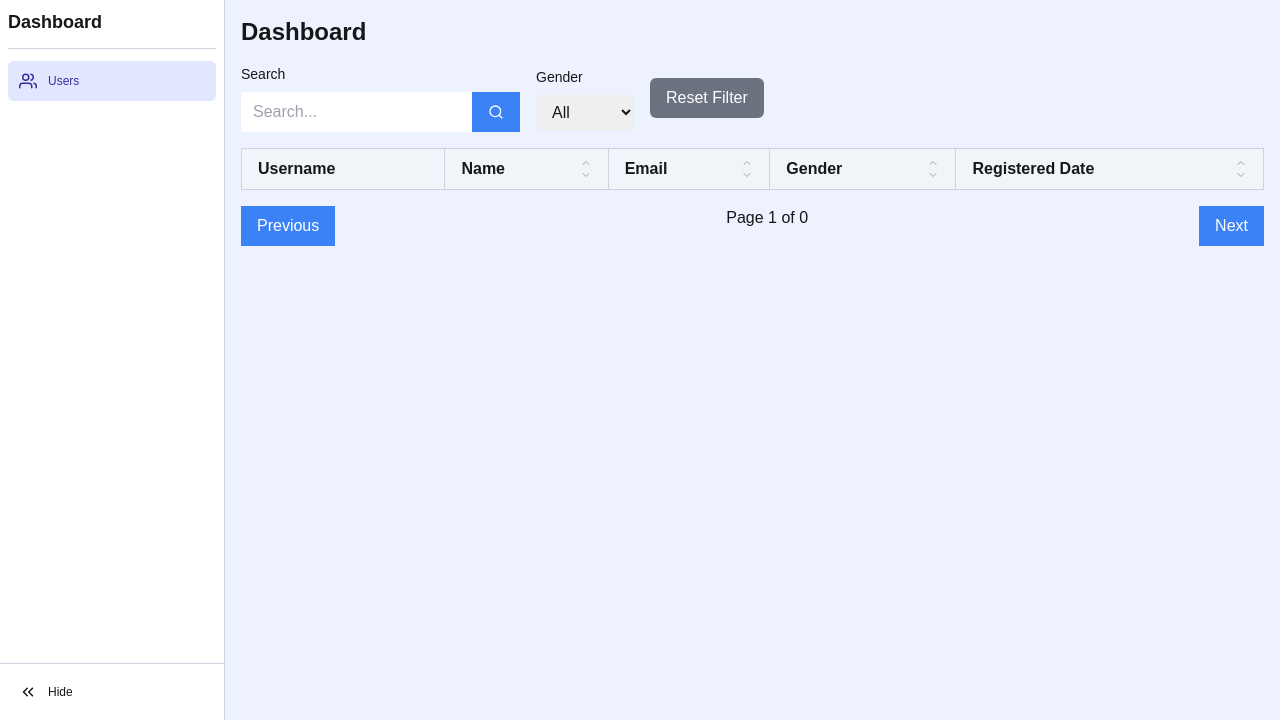
Repository: Ademaulana100499/userdashboard
Page: /
The author's editor kept a copy of each file at every save. The page is drawn from the files as they stood at one save, then again after the next save.
The browser window is 1280 px wide. The pictures show the whole page.
The page's requests for data from a server got no answer. The project was rebuilt for these pictures with package versions that can differ from the ones it lists, and the page was loaded fresh each time. The framework's server and built-in components were replaced by stand-ins that run in the browser. No one was signed in, and anything a server would have sent is missing. Also part of the build but not shown: next.config.mjs.

Above is the page before, as saved 2025-02-14 21:57:05.

### src/pages/index.js
import React from "react";
import Sidebar from "@/components/Sidebar";
import DashboardContent from "@/components/DashboardContent";
const Dashboard = () => {
  return (
    <div className="flex bg-indigo-50">
      <Sidebar />
      <DashboardContent />
    </div>
  );
};

export default Dashboard;

### src/components/Sidebar.jsx
import React, { useState } from "react";
import { FiChevronsRight, FiUsers } from "react-icons/fi";
import { motion } from "framer-motion";
const Sidebar = () => {
  const [open, setOpen] = useState(true);
  const [selected, setSelected] = useState("Users");

  return (
    <motion.nav
      layout
      className="sticky top-0 h-screen shrink-0 border-r border-slate-300 bg-white p-2"
      style={{
        width: open ? "225px" : "fit-content",
      }}>
      <TitleSection open={open} />

      <div className="space-y-1">
        <Option
          Icon={FiUsers}
          title="Users"
          selected={selected}
          setSelected={setSelected}
          open={open}
        />
      </div>

      <ToggleClose open={open} setOpen={setOpen} />
    </motion.nav>
  );
};

const Option = ({ Icon, title, selected, setSelected, open, notifs }) => {
  return (
    <motion.button
      layout
      onClick={() => setSelected(title)}
      className={`relative flex h-10 w-full items-center rounded-md transition-colors ${
        selected === title
          ? "bg-indigo-100 text-indigo-800"
          : "text-slate-500 hover:bg-slate-100"
      }`}>
      <motion.div
        layout
        className="grid h-full w-10 place-content-center text-lg">
        <Icon />
      </motion.div>
      {open && (
        <motion.span
          layout
          initial={{ opacity: 0, y: 12 }}
          animate={{ opacity: 1, y: 0 }}
          transition={{ delay: 0.125 }}
          className="text-xs font-medium">
          {title}
        </motion.span>
      )}

      {notifs && open && (
        <motion.span
          initial={{ scale: 0, opacity: 0 }}
          animate={{
            opacity: 1,
            scale: 1,
          }}
          style={{ y: "-50%" }}
          transition={{ delay: 0.5 }}
          className="absolute right-2 top-1/2 size-4 rounded bg-indigo-500 text-xs text-white">
          {notifs}
        </motion.span>
      )}
    </motion.button>
  );
};

const TitleSection = ({ open }) => {
  return (
    <div className="mb-3 border-b border-slate-300 pb-3">
      <div className="flex cursor-pointer items-center justify-between rounded-md transition-colors hover:bg-slate-100">
        <div className="flex justify-center items-center">
          {open && (
            <motion.div
              layout
              initial={{ opacity: 0, y: 12 }}
              animate={{ opacity: 1, y: 0 }}
              transition={{ delay: 0.125 }}>
              <span className="block text-lg font-semibold">Dashboard</span>
            </motion.div>
          )}
        </div>
      </div>
    </div>
  );
};

const ToggleClose = ({ open, setOpen }) => {
  return (
    <motion.button
      layout
      onClick={() => setOpen((pv) => !pv)}
      className="absolute bottom-0 left-0 right-0 border-t border-slate-300 transition-colors hover:bg-slate-100">
      <div className="flex items-center p-2">
        <motion.div
          layout
          className="grid size-10 place-content-center text-lg">
          <FiChevronsRight
            className={`transition-transform ${open && "rotate-180"}`}
          />
        </motion.div>
        {open && (
          <motion.span
            layout
            initial={{ opacity: 0, y: 12 }}
            animate={{ opacity: 1, y: 0 }}
            transition={{ delay: 0.125 }}
            className="text-xs font-medium">
            Hide
          </motion.span>
        )}
      </div>
    </motion.button>
  );
};

export default Sidebar;

### src/components/DashboardContent.jsx
import { FiChevronUp, FiChevronDown } from "react-icons/fi";
import { useState, useEffect } from "react";
import { FiSearch } from "react-icons/fi";

const DashboardContent = () => {
  const [data, setData] = useState([]);
  const [filteredData, setFilteredData] = useState([]); // For filtered data
  const [sortConfig, setSortConfig] = useState({ key: null, direction: null });
  const [selectedGender, setSelectedGender] = useState("all"); // Gender filter state
  const [searchKeyword, setSearchKeyword] = useState(""); // For search keyword
  const [currentPage, setCurrentPage] = useState(1); // Track current page
  const itemsPerPage = 5; // Number of items to display per page

  const fetchData = async () => {
    try {
      const response = await fetch(`https://randomuser.me/api/?results=10`);
      const result = await response.json();
      setData(result.results);
      setFilteredData(result.results); // Initialize filteredData with all data
    } catch (error) {
      console.error("Error fetching data:", error);
    }
  };

  useEffect(() => {
    fetchData();
  }, []);

  const handleSort = (key) => {
    let direction = "asc";
    if (sortConfig.key === key && sortConfig.direction === "asc") {
      direction = "desc";
    }
    setSortConfig({ key, direction });

    setFilteredData((prevData) =>
      [...prevData].sort((a, b) => {
        const valueA = getNestedValue(a, key);
        const valueB = getNestedValue(b, key);

        if (valueA < valueB) return direction === "asc" ? -1 : 1;
        if (valueA > valueB) return direction === "asc" ? 1 : -1;
        return 0;
      })
    );
  };

  const handleSearch = () => {
    // Filter data based on searchKeyword only when the search button is clicked
    const filtered = data.filter((user) =>
      `${user.name.first} ${user.name.last}`
        .toLowerCase()
        .includes(searchKeyword.toLowerCase())
    );
    setFilteredData(filtered);
  };

  const handleGenderFilter = (gender) => {
    setSelectedGender(gender);
    if (gender === "all") {
      setFilteredData(data); // Show all data if "All" is selected
    } else {
      const filtered = data.filter((user) => user.gender === gender);
      setFilteredData(filtered); // Filter based on selected gender
    }
  };

  const handleResetFilter = () => {
    // Reset filters
    setSelectedGender("all");
    setSearchKeyword("");
    setFilteredData(data); // Reset filtered data to the original
  };

  const getNestedValue = (obj, path) => {
    return path
      .split(".")
      .reduce((acc, key) => (acc && acc[key] ? acc[key] : ""), obj);
  };

  const getSortIconStyle = (key) => {
    return sortConfig.key === key ? "text-black" : "text-gray-400";
  };

  // Paginate the filtered data based on the current page
  const paginateData = (data) => {
    const indexOfLastItem = currentPage * itemsPerPage;
    const indexOfFirstItem = indexOfLastItem - itemsPerPage;
    return data.slice(indexOfFirstItem, indexOfLastItem);
  };

  // Handle page change
  const handlePageChange = (page) => {
    setCurrentPage(page);
  };

  // Calculate total pages based on filtered data
  const totalPages = Math.ceil(filteredData.length / itemsPerPage);

  return (
    <div className="flex-1 p-4">
      <h1 className="text-2xl font-semibold mb-4">Dashboard</h1>
      <div className="flex gap-4 items-center mb-4">
        {/* Search */}
        <div className="flex flex-col  gap-2">
          <label htmlFor="search" className="text-sm">
            Search
          </label>
          <div className="flex items-center">
            <input
              type="text"
              id="search"
              value={searchKeyword}
              onChange={(e) => setSearchKeyword(e.target.value)} // Update search keyword
              placeholder="Search..."
              className=" px-3 py-2"
            />
            <button
              type="button"
              onClick={handleSearch}
              className="bg-blue-500  text-white px-4 py-3  hover:bg-blue-600">
              <FiSearch />
            </button>
          </div>
        </div>

        {/* Gender Filter */}
        <div className="flex flex-col gap-2">
          <label htmlFor="gender" className="text-sm">
            Gender
          </label>
          <select
            name="gender"
            id="gender"
            value={selectedGender}
            onChange={(e) => handleGenderFilter(e.target.value)} // Update gender filter
            className=" px-3 py-2">
            <option value="all">All</option>
            <option value="male">Male</option>
            <option value="female">Female</option>
          </select>
        </div>

        {/* Reset Filter Button */}
        <div className="flex items-center">
          <button
            type="button"
            onClick={handleResetFilter}
            className="bg-gray-500 text-white px-4 py-2 rounded-md hover:bg-gray-600 mt-2 md:mt-0">
            Reset Filter
          </button>
        </div>
      </div>

      <table className="min-w-full table-auto border-collapse border border-slate-300 mt-4">
        <thead>
          <tr className="bg-slate-100">
            <th className="border border-slate-300 px-4 py-2 text-left">
              Username
            </th>
            <th className="border border-slate-300 px-4 py-2 text-left">
              <div className="flex justify-between items-center">
                <span>Name</span>
                <div className="flex flex-col items-center">
                  <FiChevronUp
                    onClick={() => handleSort("name.first")}
                    className={`text-xs cursor-pointer ${getSortIconStyle(
                      "name.first"
                    )}`}
                  />
                  <FiChevronDown
                    onClick={() => handleSort("name.first")}
                    className={`text-xs cursor-pointer ${getSortIconStyle(
                      "name.first"
                    )}`}
                  />
                </div>
              </div>
            </th>
            <th className="border border-slate-300 px-4 py-2 text-left">
              <div className="flex justify-between items-center">
                <span>Email</span>
                <div className="flex flex-col items-center">
                  <FiChevronUp
                    onClick={() => handleSort("email")}
                    className={`text-xs cursor-pointer ${getSortIconStyle(
                      "email"
                    )}`}
                  />
                  <FiChevronDown
                    onClick={() => handleSort("email")}
                    className={`text-xs cursor-pointer ${getSortIconStyle(
                      "email"
                    )}`}
                  />
                </div>
              </div>
            </th>
            <th className="border border-slate-300 px-4 py-2 text-left">
              <div className="flex justify-between items-center">
                <span>Gender</span>
                <div className="flex flex-col items-center">
                  <FiChevronUp
                    onClick={() => handleSort("gender")}
                    className={`text-xs cursor-pointer ${getSortIconStyle(
                      "gender"
                    )}`}
                  />
                  <FiChevronDown
                    onClick={() => handleSort("gender")}
                    className={`text-xs cursor-pointer ${getSortIconStyle(
                      "gender"
                    )}`}
                  />
                </div>
              </div>
            </th>
            <th className="border border-slate-300 px-4 py-2 text-left">
              <div className="flex justify-between items-center">
                <span>Registered Date</span>
                <div className="flex flex-col items-center">
                  <FiChevronUp
                    onClick={() => handleSort("registered.date")}
                    className={`text-xs cursor-pointer ${getSortIconStyle(
                      "registered.date"
                    )}`}
                  />
                  <FiChevronDown
                    onClick={() => handleSort("registered.date")}
                    className={`text-xs cursor-pointer ${getSortIconStyle(
                      "registered.date"
                    )}`}
                  />
                </div>
              </div>
            </th>
          </tr>
        </thead>
        <tbody>
          {paginateData(filteredData).map((user, index) => (
            <tr key={index} className="hover:bg-slate-50">
              <td className="border border-slate-300 px-4 py-2">
                {user.login.username}
              </td>
              <td className="border border-slate-300 px-4 py-2">
                {user.name.title} {user.name.first} {user.name.last}
              </td>
              <td className="border border-slate-300 px-4 py-2">
                {user.email}
              </td>
              <td className="border border-slate-300 px-4 py-2">
                {user.gender}
              </td>
              <td className="border border-slate-300 px-4 py-2">
                {new Date(user.registered.date)
                  .toLocaleString("id-ID", {
                    day: "2-digit",
                    month: "2-digit",
                    year: "numeric",
                    hour: "2-digit",
                    minute: "2-digit",
                  })
                  .replace(",", "")
                  .replace("/", "-")
                  .replace("/", "-")
                  .replace(".", ":")}
              </td>
            </tr>
          ))}
        </tbody>
      </table>

      {/* Pagination controls */}
      <div className="flex justify-between mt-4">
        <button
          onClick={() => handlePageChange(currentPage - 1)}
          disabled={currentPage === 1}
          className="px-4 py-2 bg-blue-500 text-white">
          Previous
        </button>
        <span>
          Page {currentPage} of {totalPages}
        </span>
        <button
          onClick={() => handlePageChange(currentPage + 1)}
          disabled={currentPage === totalPages}
          className="px-4 py-2 bg-blue-500 text-white">
          Next
        </button>
      </div>
    </div>
  );
};

export default DashboardContent;

Loaded but not shown: src/pages/_app.js (common file); src/pages/_document.js (common file); src/styles/globals.css (common file); tailwind.config.mjs (common file)

After the next save:
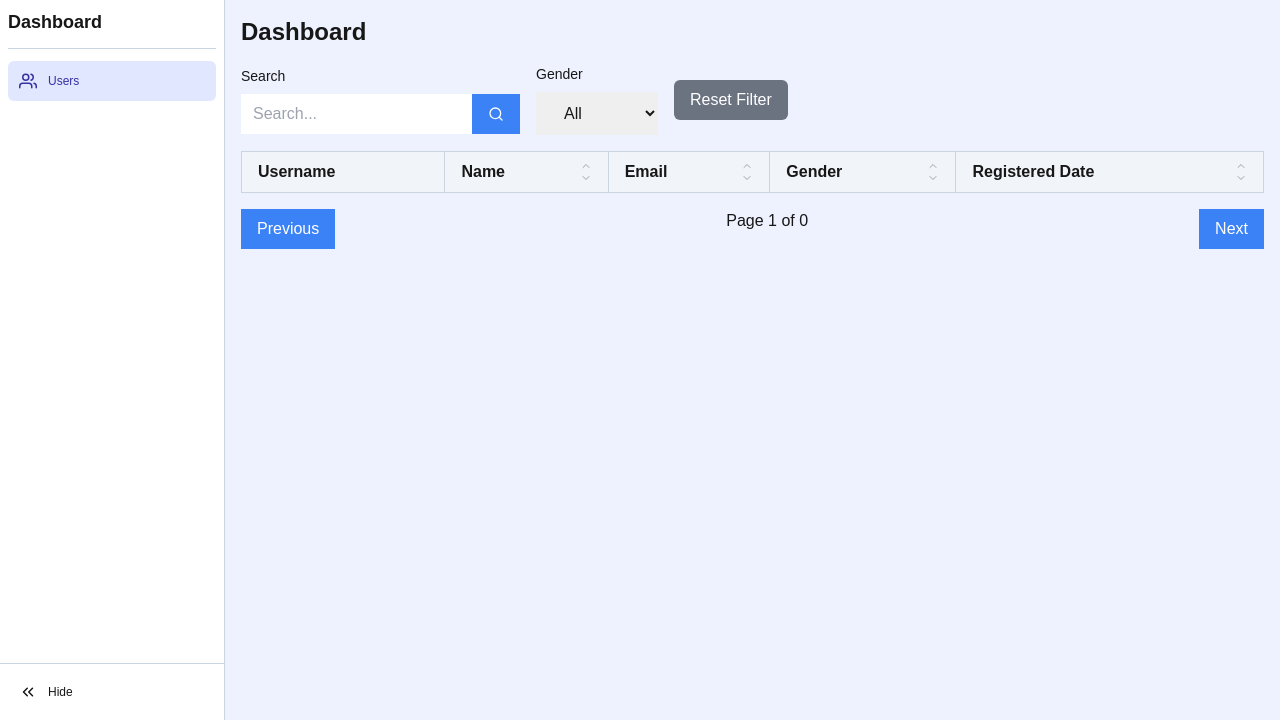
Saved 21 s later.
--- a/src/components/DashboardContent.jsx
+++ b/src/components/DashboardContent.jsx
@@ -134,7 +134,7 @@ const DashboardContent = () => {
             id="gender"
             value={selectedGender}
             onChange={(e) => handleGenderFilter(e.target.value)} // Update gender filter
-            className=" px-3 py-2">
+            className=" px-6 py-3">
             <option value="all">All</option>
             <option value="male">Male</option>
             <option value="female">Female</option>
